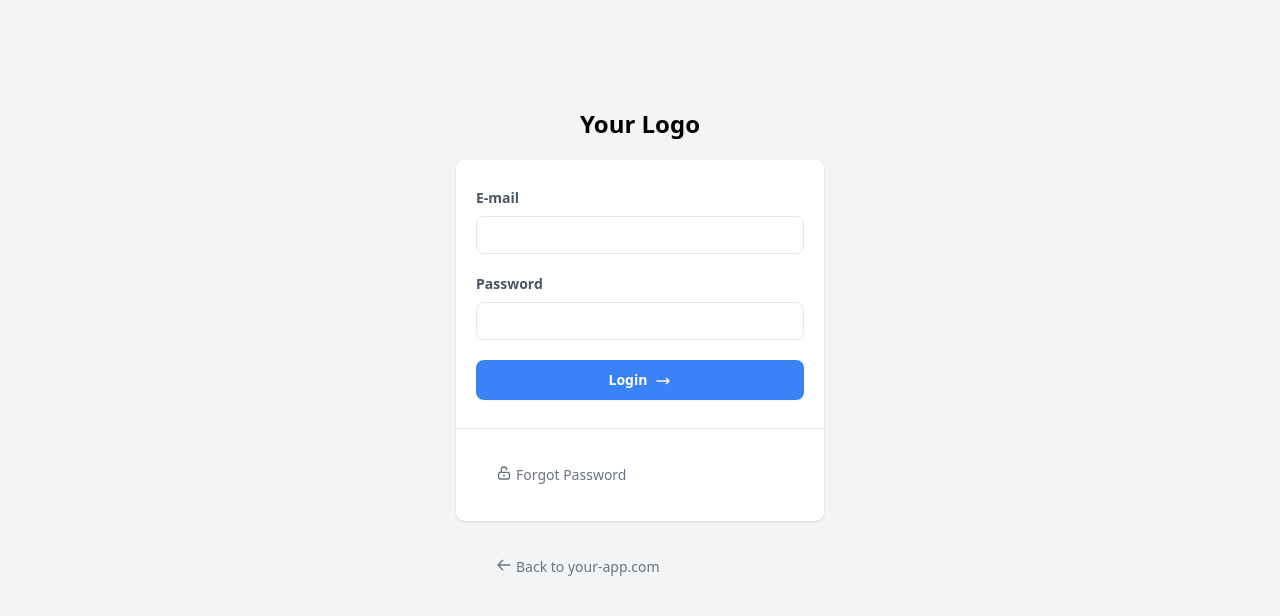
Repository: ELHADRINadia/Gestion_buses
Page: /login (app in booking/)
These files come from the project's save history. The page is drawn as it stood at one moment and after a run of saves; the edit follows.
The browser window is 1280 px wide. The pictures show the whole page.
The project was rebuilt for these pictures with package versions that can differ from the ones it lists, and the page was loaded fresh each time. Also part of the build but not shown: booking/src/App.css, booking/src/components/NavBar.js, booking/src/Home.js, booking/src/auth/Register.js, booking/src/Admin/bus/DisplayBuses.js, booking/src/components/SideBar.js, booking/src/Admin/dashboard.js.

Above is the page before, as saved 2022-11-04 11:24:50.

After the next 6 saves:
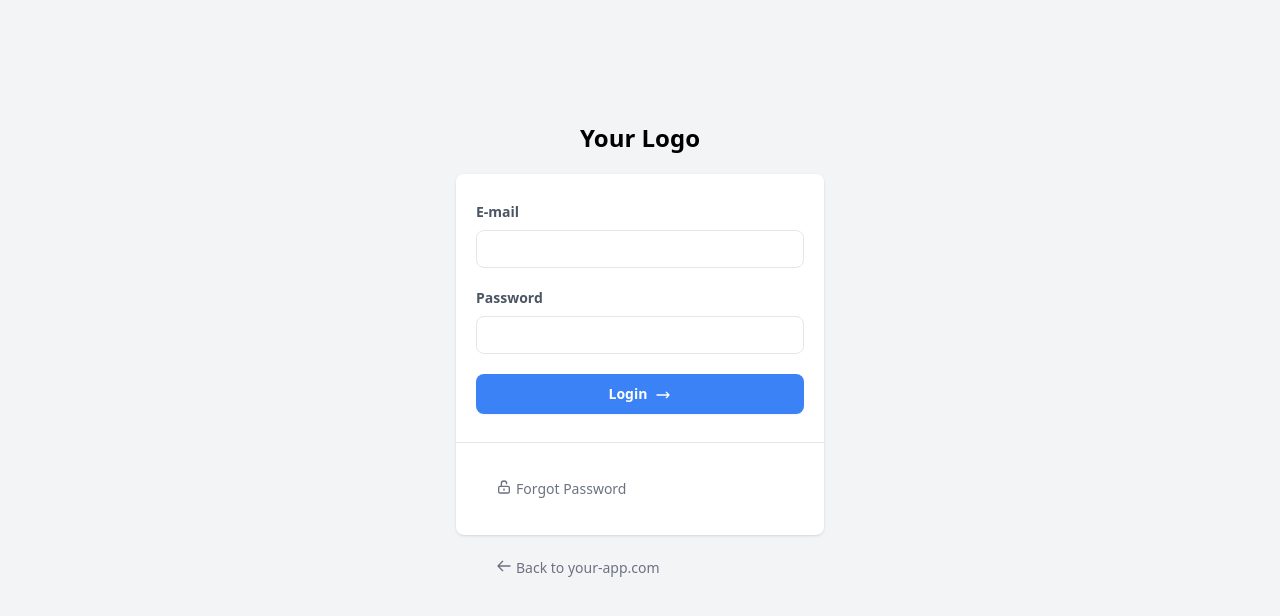
The 6 saves are shown as one change because 1 did not build or start and some came seconds apart.
The last was saved 17 s later.
--- a/booking/src/auth/Login.js
+++ b/booking/src/auth/Login.js
@@ -61,12 +61,12 @@ function Login() {
     <div class="py-5">
         <div class="grid grid-cols-2 gap-1">
           <div class="text-center sm:text-left whitespace-nowrap">
-            <button class="transition duration-200 mx-5 px-5 py-4 cursor-pointer font-normal text-sm rounded-lg text-gray-500 hover:bg-gray-200 focus:outline-none focus:bg-gray-300 focus:ring-2 focus:ring-gray-400 focus:ring-opacity-50 ring-inset">
+            <a class="transition duration-200 mx-5 px-5 py-4 cursor-pointer font-normal text-sm rounded-lg text-gray-500 hover:bg-gray-200 focus:outline-none focus:bg-gray-300 focus:ring-2 focus:ring-gray-400 focus:ring-opacity-50 ring-inset">
                 <svg xmlns="http://www.w3.org/2000/svg" fill="none" viewBox="0 0 24 24" stroke="currentColor" class="w-4 h-4 inline-block align-text-top" onClick={login}>
                     <path stroke-linecap="round" stroke-linejoin="round" stroke-width="2" d="M10 19l-7-7m0 0l7-7m-7 7h18" />
                 </svg>
                 <span class="inline-block ml-1">Back to your-app.com</span>
-            </button>
+            </a>
           </div>
         </div>
       </div>
